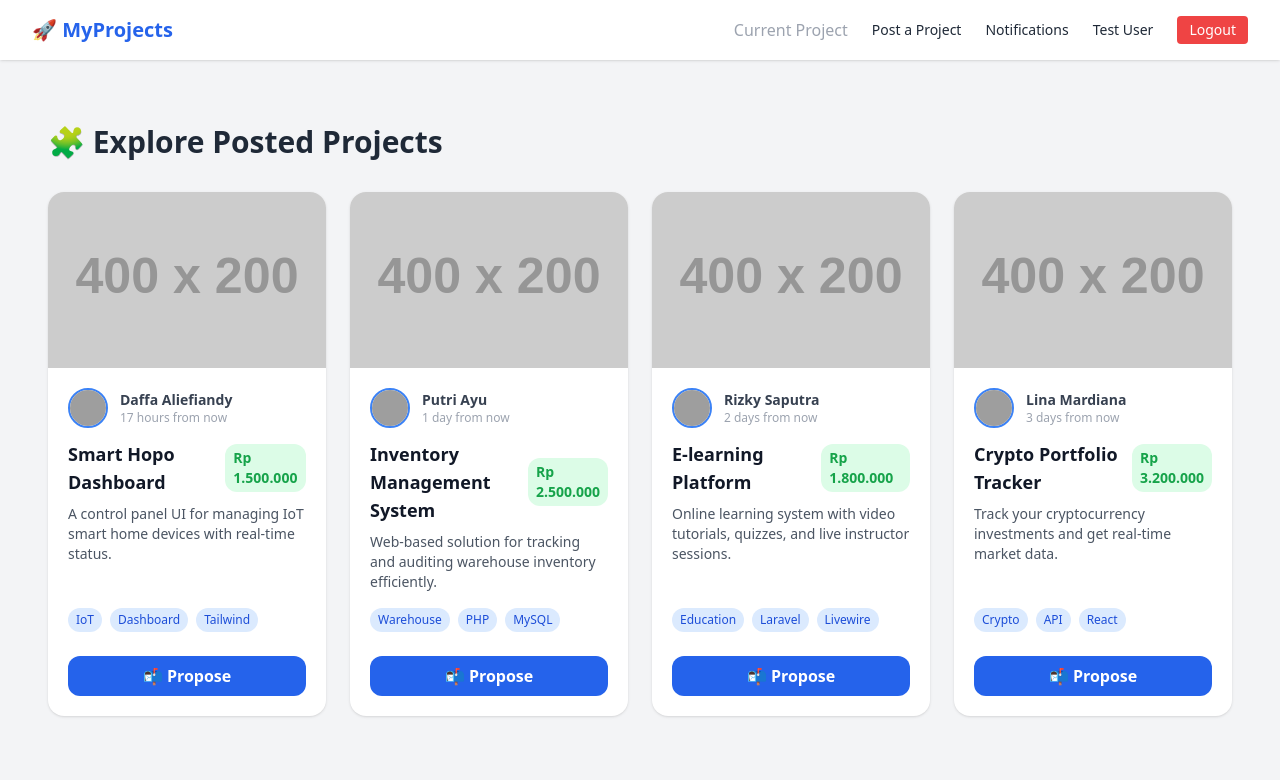
Repository: daffa-alif/kobar
Page: http://localhost/dashboard
An editor plug-in stored every save of this project. The page is shown before and after the next save, followed by the edit.
The browser window is 1280 px wide. The pictures show the whole page.
Pictures or frames that could not be fetched are drawn as grey boxes. Some web libraries are served in a nearby version. The page is served by the project's Laravel application, run on PHP 8.4 with Laravel 12. A made-up administrator, Test User (test@example.com), is signed in. Other server files are loaded and not shown.

Above is the page before, as saved 2025-04-05 00:27:37.

### routes/web.php
<?php

use Illuminate\Support\Facades\Route;
use App\Http\Controllers\AuthController;


Route::get('/register', [AuthController::class, 'showRegisterForm'])->name('register');
Route::post('/register', [AuthController::class, 'register']);

Route::get('/login', [AuthController::class, 'showLoginForm'])->name('login');
Route::post('/login', [AuthController::class, 'login']);

Route::middleware('auth')->group(function () {
    Route::get('/dashboard', function () {
        return view('dashboard');
    })->name('dashboard');

    Route::post('/logout', [AuthController::class, 'logout'])->name('logout');
});

Route::get('/logout', [AuthController::class, 'logout'])->name('logout');

Route::get('/', function () {
    return view('welcome');
});

### app/Models/User.php
<?php

namespace App\Models;

use Illuminate\Database\Eloquent\Factories\HasFactory;
use Illuminate\Foundation\Auth\User as Authenticatable;
use Illuminate\Notifications\Notifiable;
use Illuminate\Database\Eloquent\Concerns\HasUuids;

class User extends Authenticatable
{
    use HasFactory, Notifiable, HasUuids;

    protected $keyType = 'string'; // Pastikan primary key adalah string
    public $incrementing = false; // Nonaktifkan auto-increment ID

    protected $fillable = [
        'name', 'profile_picture', 'email', 'password',
    ];

    protected $hidden = [
        'password', 'remember_token',
    ];

    protected $casts = [
        'email_verified_at' => 'datetime',
    ];
}

### resources/views/dashboard.blade.php
@extends('layouts.app')

@section('content')
<div class="max-w-7xl mx-auto px-4 py-10">
    <h1 class="text-3xl font-bold text-gray-800 mb-8">🧩 Explore Posted Projects</h1>

    @php
        $projects = [
            [
                'title' => 'Smart Hopo Dashboard',
                'description' => 'A control panel UI for managing IoT smart home devices with real-time status.',
                'posted_by' => 'Daffa Aliefiandy',
                'posted_at' => '2025-04-01 14:32',
                'avatar' => 'https://i.pravatar.cc/100?img=3',
                'tags' => ['IoT', 'Dashboard', 'Tailwind'],
                'price' => 1500000
            ],
            [
                'title' => 'Inventory Management System',
                'description' => 'Web-based solution for tracking and auditing warehouse inventory efficiently.',
                'posted_by' => 'Putri Ayu',
                'posted_at' => '2025-04-02 09:12',
                'avatar' => 'https://i.pravatar.cc/100?img=5',
                'tags' => ['Warehouse', 'PHP', 'MySQL'],
                'price' => 2500000
            ],
            [
                'title' => 'E-learning Platform',
                'description' => 'Online learning system with video tutorials, quizzes, and live instructor sessions.',
                'posted_by' => 'Rizky Saputra',
                'posted_at' => '2025-04-03 18:05',
                'avatar' => 'https://i.pravatar.cc/100?img=7',
                'tags' => ['Education', 'Laravel', 'Livewire'],
                'price' => 1800000
            ],
            [
                'title' => 'Crypto Portfolio Tracker',
                'description' => 'Track your cryptocurrency investments and get real-time market data.',
                'posted_by' => 'Lina Mardiana',
                'posted_at' => '2025-04-04 10:22',
                'avatar' => 'https://i.pravatar.cc/100?img=12',
                'tags' => ['Crypto', 'API', 'React'],
                'price' => 3200000
            ],
        ];
    @endphp

    <div class="grid grid-cols-1 sm:grid-cols-2 lg:grid-cols-3 xl:grid-cols-4 gap-6">
        @foreach ($projects as $project)
            <div class="bg-white rounded-2xl shadow hover:shadow-xl transition duration-300 flex flex-col">
                <img src="https://via.placeholder.com/400x200?text=Project+Image"
                     alt="Project Image"
                     class="rounded-t-2xl w-full h-44 object-cover">

                <div class="p-5 flex flex-col flex-1">
                    <div class="flex items-center gap-3 mb-3">
                        <img src="{{ $project['avatar'] }}" alt="Avatar"
                             class="w-10 h-10 rounded-full border-2 border-blue-500">
                        <div>
                            <p class="text-sm text-gray-700 font-semibold">{{ $project['posted_by'] }}</p>
                            <p class="text-xs text-gray-400">{{ \Carbon\Carbon::parse($project['posted_at'])->diffForHumans() }}</p>
                        </div>
                    </div>

                    <div class="flex justify-between items-center mb-2">
                        <h2 class="text-lg font-bold text-gray-900">{{ $project['title'] }}</h2>
                        <span class="text-sm text-green-600 font-semibold bg-green-100 px-2 py-1 rounded-xl">
                            Rp {{ number_format($project['price'], 0, ',', '.') }}
                        </span>
                    </div>

                    <p class="text-sm text-gray-600 flex-1">{{ $project['description'] }}</p>

                    <div class="mt-4 flex flex-wrap gap-2">
                        @foreach ($project['tags'] as $tag)
                            <span class="text-xs bg-blue-100 text-blue-700 px-2 py-1 rounded-full font-medium">{{ $tag }}</span>
                        @endforeach
                    </div>

                    <div class="mt-6">
                        <button class="w-full bg-blue-600 hover:bg-blue-700 text-white font-semibold py-2 px-4 rounded-xl transition duration-300">
                            📬 Propose
                        </button>
                    </div>
                </div>
            </div>
        @endforeach
    </div>
</div>
@endsection

### resources/views/layouts/app.blade.php
<!DOCTYPE html>
<html lang="en">
<head>
    <meta charset="UTF-8">
    <title>@yield('title', 'My App')</title>
    <meta name="viewport" content="width=device-width, initial-scale=1">

    <!-- Tailwind CSS CDN -->
    <script src="https://cdn.tailwindcss.com"></script>
</head>
<body class="bg-gray-100 text-gray-800">
    <!-- Sticky Navbar -->
    <header class="bg-white shadow sticky top-0 z-50">
        <nav class="max-w-7xl mx-auto px-4 sm:px-6 lg:px-8 py-4 flex justify-between items-center">
            <!-- Left: Logo -->
            <div class="flex items-center gap-4">
                <a href="/" class="text-xl font-bold text-blue-600">🚀 MyProjects</a>
            </div>

            <!-- Desktop Menu -->
            <div class="hidden md:flex items-center gap-6">
                <a href="#" class="text-gray-400 cursor-not-allowed">Current Project</a>
                <a href="/projects/create" class="text-sm font-medium hover:text-blue-600">Post a Project</a>
                <a href="/notifications" class="text-sm font-medium hover:text-blue-600">Notifications</a>
                <a href="/profile" class="text-sm font-medium hover:text-blue-600">
                    {{ Auth::user()->name }}
                </a>

                <form method="POST" action="{{ route('logout') }}">
                    @csrf
                    <button type="submit" class="bg-red-500 hover:bg-red-600 text-white px-3 py-1 rounded text-sm font-medium">
                        Logout
                    </button>
                </form>
            </div>

            <!-- Mobile Toggle Button -->
            <div class="md:hidden">
                <button id="mobile-menu-toggle" class="text-gray-600 hover:text-black focus:outline-none">
                    ☰
                </button>
            </div>
        </nav>

        <!-- Mobile Dropdown -->
        <div id="mobile-menu" class="md:hidden hidden px-4 pb-4">
            <a href="#" class="block text-gray-400 py-1 cursor-not-allowed">Current Project</a>
            <a href="/projects/create" class="block text-sm font-medium hover:text-blue-600 py-1">Post a Project</a>
            <a href="/notifications" class="block text-sm font-medium hover:text-blue-600 py-1">Notifications</a>
            <a href="/profile" class="block text-sm font-medium hover:text-blue-600 py-1">
                {{ Auth::user()->name }}
            </a>
            <form method="POST" action="{{ route('logout') }}" class="pt-2">
                @csrf
                <button type="submit" class="w-full text-left text-sm text-white bg-red-500 hover:bg-red-600 px-3 py-2 rounded">
                    Logout
                </button>
            </form>
        </div>
    </header>

    <!-- Main Content -->
    <main class="min-h-screen py-6 px-4 sm:px-6 lg:px-8">
        @yield('content')
    </main>

    <!-- JS for Mobile Toggle -->
    <script>
        const toggleBtn = document.getElementById('mobile-menu-toggle');
        const mobileMenu = document.getElementById('mobile-menu');

        toggleBtn.addEventListener('click', () => {
            mobileMenu.classList.toggle('hidden');
        });
    </script>
</body>
</html>

After the next save:
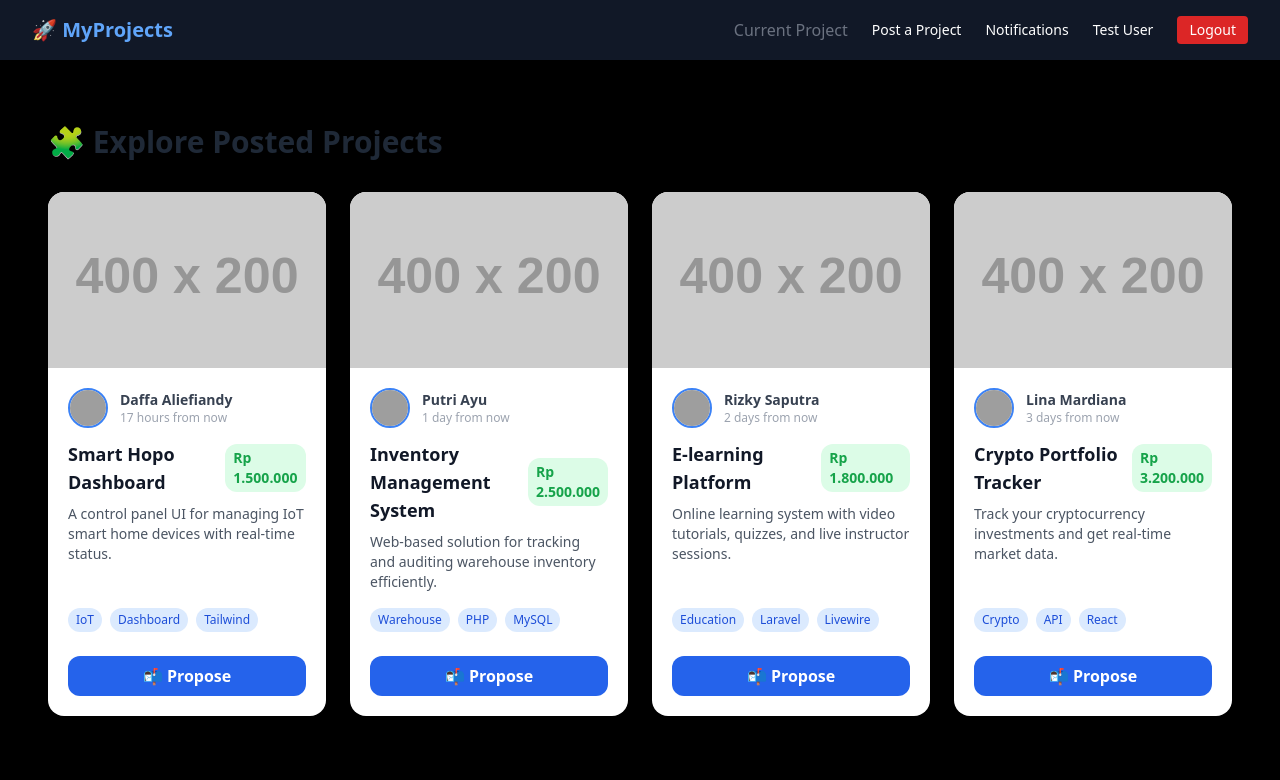
Saved 64 s later.
--- a/resources/views/layouts/app.blade.php
+++ b/resources/views/layouts/app.blade.php
@@ -8,27 +8,27 @@
     <!-- Tailwind CSS CDN -->
     <script src="https://cdn.tailwindcss.com"></script>
 </head>
-<body class="bg-gray-100 text-gray-800">
+<body class="bg-black text-white">
     <!-- Sticky Navbar -->
-    <header class="bg-white shadow sticky top-0 z-50">
+    <header class="bg-gray-900 shadow sticky top-0 z-50">
         <nav class="max-w-7xl mx-auto px-4 sm:px-6 lg:px-8 py-4 flex justify-between items-center">
             <!-- Left: Logo -->
             <div class="flex items-center gap-4">
-                <a href="/" class="text-xl font-bold text-blue-600">🚀 MyProjects</a>
+                <a href="/" class="text-xl font-bold text-blue-400">🚀 MyProjects</a>
             </div>
 
             <!-- Desktop Menu -->
             <div class="hidden md:flex items-center gap-6">
-                <a href="#" class="text-gray-400 cursor-not-allowed">Current Project</a>
-                <a href="/projects/create" class="text-sm font-medium hover:text-blue-600">Post a Project</a>
-                <a href="/notifications" class="text-sm font-medium hover:text-blue-600">Notifications</a>
-                <a href="/profile" class="text-sm font-medium hover:text-blue-600">
+                <a href="#" class="text-gray-500 cursor-not-allowed">Current Project</a>
+                <a href="/projects/create" class="text-sm font-medium hover:text-blue-400">Post a Project</a>
+                <a href="/notifications" class="text-sm font-medium hover:text-blue-400">Notifications</a>
+                <a href="/profile" class="text-sm font-medium hover:text-blue-400">
                     {{ Auth::user()->name }}
                 </a>
 
                 <form method="POST" action="{{ route('logout') }}">
                     @csrf
-                    <button type="submit" class="bg-red-500 hover:bg-red-600 text-white px-3 py-1 rounded text-sm font-medium">
+                    <button type="submit" class="bg-red-600 hover:bg-red-700 text-white px-3 py-1 rounded text-sm font-medium">
                         Logout
                     </button>
                 </form>
@@ -36,23 +36,23 @@
 
             <!-- Mobile Toggle Button -->
             <div class="md:hidden">
-                <button id="mobile-menu-toggle" class="text-gray-600 hover:text-black focus:outline-none">
+                <button id="mobile-menu-toggle" class="text-white hover:text-blue-400 focus:outline-none">
                     ☰
                 </button>
             </div>
         </nav>
 
         <!-- Mobile Dropdown -->
-        <div id="mobile-menu" class="md:hidden hidden px-4 pb-4">
-            <a href="#" class="block text-gray-400 py-1 cursor-not-allowed">Current Project</a>
-            <a href="/projects/create" class="block text-sm font-medium hover:text-blue-600 py-1">Post a Project</a>
-            <a href="/notifications" class="block text-sm font-medium hover:text-blue-600 py-1">Notifications</a>
-            <a href="/profile" class="block text-sm font-medium hover:text-blue-600 py-1">
+        <div id="mobile-menu" class="md:hidden hidden px-4 pb-4 bg-gray-800">
+            <a href="#" class="block text-gray-500 py-1 cursor-not-allowed">Current Project</a>
+            <a href="/projects/create" class="block text-sm font-medium hover:text-blue-400 py-1">Post a Project</a>
+            <a href="/notifications" class="block text-sm font-medium hover:text-blue-400 py-1">Notifications</a>
+            <a href="/profile" class="block text-sm font-medium hover:text-blue-400 py-1">
                 {{ Auth::user()->name }}
             </a>
             <form method="POST" action="{{ route('logout') }}" class="pt-2">
                 @csrf
-                <button type="submit" class="w-full text-left text-sm text-white bg-red-500 hover:bg-red-600 px-3 py-2 rounded">
+                <button type="submit" class="w-full text-left text-sm text-white bg-red-600 hover:bg-red-700 px-3 py-2 rounded">
                     Logout
                 </button>
             </form>
